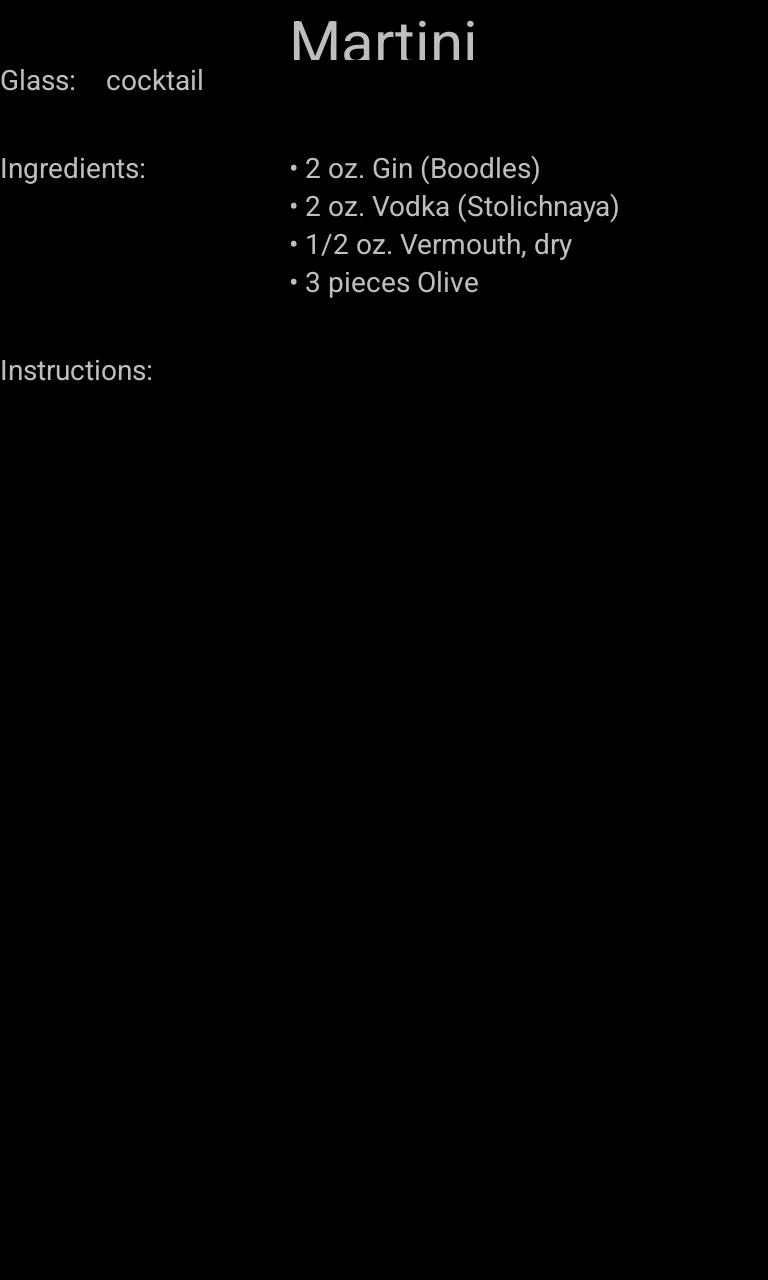
Repository: caltangelo/Drinkables
Layout: CocktailView/res/layout/main.xml
These files come from the project's save history. The layout is drawn as it stood at one moment and after the next save; the edit follows.
It is drawn on a 768 x 1280 px phone screen (xhdpi) without system bars, with theme android:Theme; the app's code is not run.

Above is the layout before, as saved 2011-09-22 20:38:43.

After the next save:
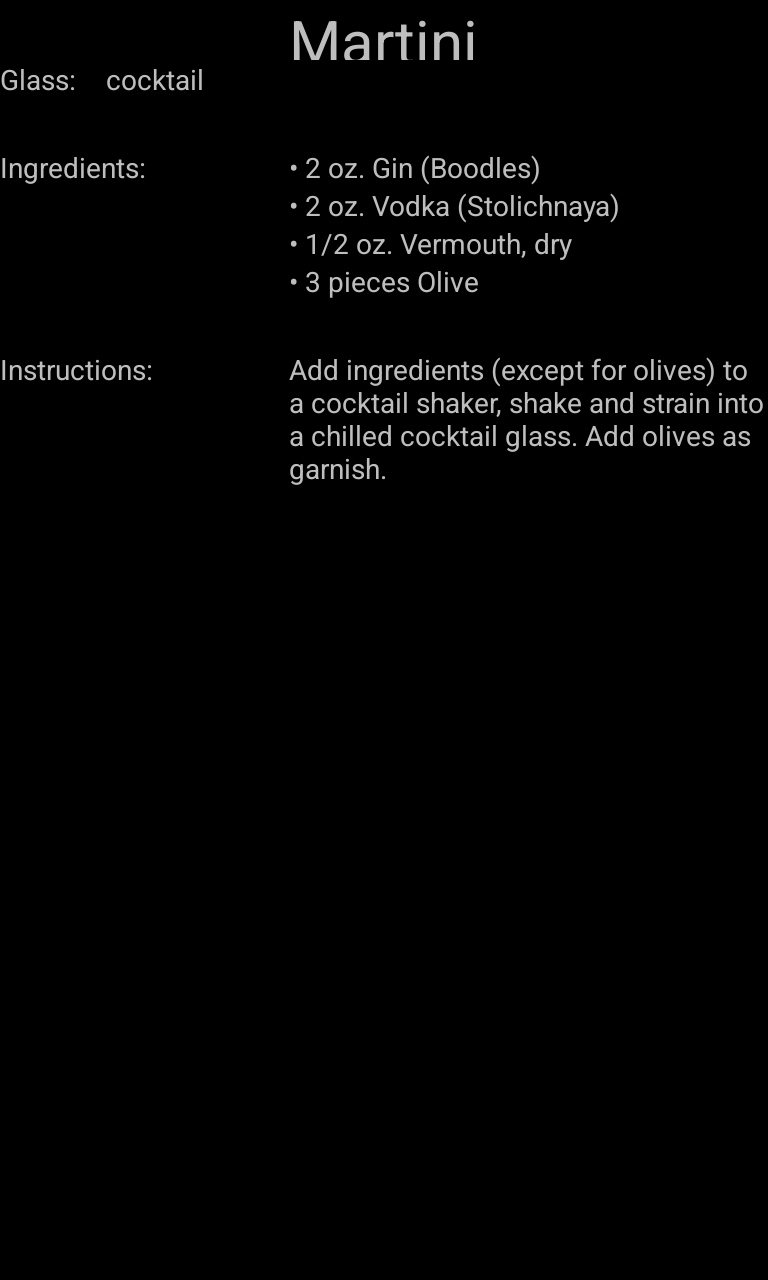
Saved 5 min 22 s later.
--- a/CocktailView/res/layout/main.xml
+++ b/CocktailView/res/layout/main.xml
@@ -37,5 +37,8 @@
 	<TextView android:id="@+id/instruction_label" android:layout_height="wrap_content" android:layout_width="wrap_content"
 		android:layout_below="@id/ingredient_table" android:layout_alignParentLeft="true" android:text="Instructions: "
 		android:layout_marginTop="25dp"/>
+	<TextView android:id="@+id/instructions" android:layout_height="wrap_content" android:layout_width="wrap_content"
+		android:layout_alignTop="@id/instruction_label" android:layout_alignLeft="@id/drinkname" android:layout_alignParentRight="true"
+		android:text="@string/drink_instructions"/>
 
 </RelativeLayout>
